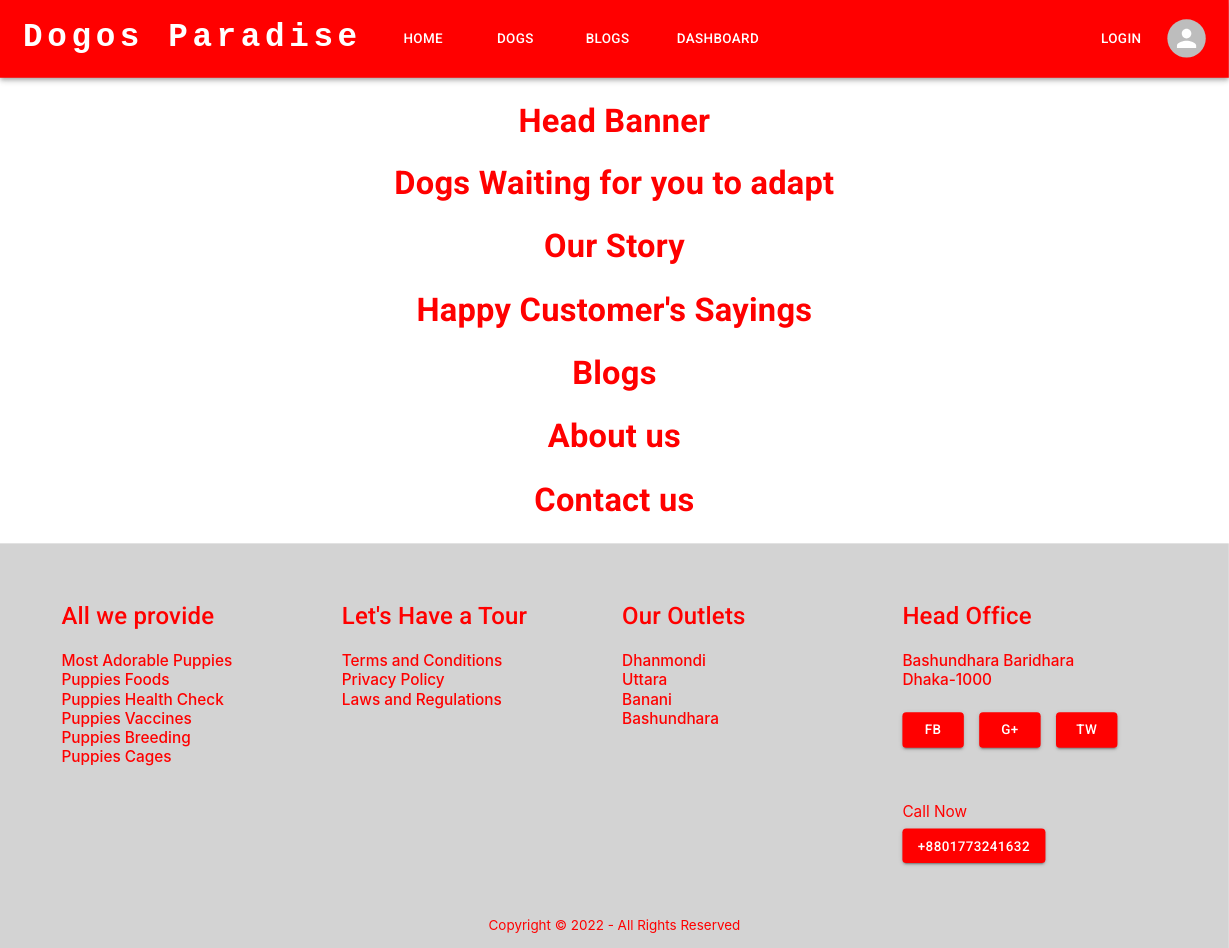
Repository: Sharif-00112/dogos-paradise-client
Page: /
The author's editor kept a copy of each file at every save. The page is drawn from the files as they stood at one save, then again after the next save.
The browser window is 1280 px wide. The pictures show the whole page, at 96% of full size.
The page's requests for data from a server got no answer. The project was rebuilt for these pictures with package versions that can differ from the ones it lists, and the page was loaded fresh each time. Some packages were replaced by stand-ins written for this rebuild. No one was signed in, and anything a server would have sent is missing. Also part of the build but not shown: src/Pages/Login/Login/Login.js, src/Pages/Login/Register/Register.js, src/Pages/NotFound/NotFound.js.

Above is the page before, as saved 2022-12-01 22:57:52.

### public/index.html
<!DOCTYPE html>
<html lang="en">
  <head>
    <meta charset="utf-8" />
    <link rel="icon" href="%PUBLIC_URL%/favicon.ico" />
    <meta name="viewport" content="width=device-width, initial-scale=1" />
    <meta name="theme-color" content="#000000" />
    <meta
      name="description"
      content="Web site created using create-react-app"
    />
    <link
      rel="stylesheet" href="https://fonts.googleapis.com/css?family=Roboto:300,400,500,700&display=swap"
    />

    <link rel="apple-touch-icon" href="%PUBLIC_URL%/logo192.png" />
    <!--
      manifest.json provides metadata used when your web app is installed on a
      user's mobile device or desktop. See https://developers.google.com/web/fundamentals/web-app-manifest/
    -->
    <link rel="manifest" href="%PUBLIC_URL%/manifest.json" />
    <!--
      Notice the use of %PUBLIC_URL% in the tags above.
      It will be replaced with the URL of the `public` folder during the build.
      Only files inside the `public` folder can be referenced from the HTML.

      Unlike "/favicon.ico" or "favicon.ico", "%PUBLIC_URL%/favicon.ico" will
      work correctly both with client-side routing and a non-root public URL.
      Learn how to configure a non-root public URL by running `npm run build`.
    -->
    <title>React App</title>
  </head>
  <body>
    <noscript>You need to enable JavaScript to run this app.</noscript>
    <div id="root"></div>
    <!--
      This HTML file is a template.
      If you open it directly in the browser, you will see an empty page.

      You can add webfonts, meta tags, or analytics to this file.
      The build step will place the bundled scripts into the <body> tag.

      To begin the development, run `npm start` or `yarn start`.
      To create a production bundle, use `npm run build` or `yarn build`.
    -->
  </body>
</html>

### src/App.js
import React  from 'react';
import './App.css';
import { BrowserRouter as Router, Route, Routes} from 'react-router-dom';
import Home from './Pages/Home/Home/Home';
import Login from './Pages/Login/Login/Login';
import Register from './Pages/Login/Register/Register';
import AuthProvider from './contexts/AuthProvider/AuthProvider';
// import PrivateRoute from './Pages/Login/PrivateRoute/PrivateRoute';
import NotFound from './Pages/NotFound/NotFound';
import Contact from './Pages/Home/Contact/Contact';
import Story from './Pages/Home/Story/Story';
import CustomerReviews from './Pages/Home/CustomerReviews/CustomerReviews';
import Blogs from './Pages/Home/Blogs/Blogs';
import About from './Pages/Home/About/About';
import Dogs from './Pages/Home/Dogs/Dogs';
// import Footer from './Pages/Shared/Footer/Footer';
// import Dashboard from './Pages/Dashboard/Dashboard/Dashboard';

function App() {
  return (
    <div className="App">
      <AuthProvider>
        <Router>
          <Routes>
            <Route exact path = '/' element={<Home/>}/>
            <Route exact path = '/home' element={<Home/>}/>
            <Route exact path = '/login' element={<Login/>}/>
            <Route exact path = '/register' element={<Register/>}/>
            <Route exact path = '/contact' element={<Contact/>}/>
            <Route exact path = '/dogs' element={<Dogs/>}/>
            <Route exact path = '/story' element={<Story/>}/>
            <Route exact path = '/reviews' element={<CustomerReviews/>}/>
            <Route exact path = '/blogs' element={<Blogs/>}/>
            <Route exact path = '/about' element={<About/>}/>
            {/* <Route exact path = '/appointment' element = {
              <PrivateRoute>
                <Appointment></Appointment>
              </PrivateRoute>
            }> </Route> */}
            {/* <Route path = 'dashboard/*' element = {
              <PrivateRoute>
                <Dashboard></Dashboard>
              </PrivateRoute>
            }> </Route> */}
            <Route path = '*' element={<NotFound/>}/>
          </Routes>
          {/* <Footer></Footer> */}
        </Router>
      </AuthProvider>
    </div>
  );
}

export default App;

### src/Pages/Home/Home/Home.js
import React from 'react';
import Footer from '../../Shared/Footer/Footer';
import Navigation from '../../Shared/Navigation/Navigation';
import About from '../About/About';
import Banner from '../Banner/Banner';
import Blogs from '../Blogs/Blogs';
import Contact from '../Contact/Contact';
import CustomerReviews from '../CustomerReviews/CustomerReviews';
import Dogs from '../Dogs/Dogs';
import Story from '../Story/Story';

const Home = () => {
    return (
        <div>
            <Navigation></Navigation>
            <Banner></Banner>
            <Dogs></Dogs>
            <Story></Story>
            <CustomerReviews></CustomerReviews>
            <Blogs></Blogs>
            <About></About>
            <Contact></Contact>
            <Footer></Footer>
        </div>
    );
};

export default Home;

### src/contexts/AuthProvider/AuthProvider.js
import React from 'react';
import { createContext } from 'react';
import useFirebase from '../../hooks/useFirebase';

//step-1-context
export const AuthContext = createContext();

const AuthProvider = (props) => {
    //step-3-context
    const {children} = props;

    //step-5-context
    const allContexts = useFirebase();

    return (
        //step-2-context
        <AuthContext.Provider value={allContexts}>
            {children}
        </AuthContext.Provider>
    );
};

export default AuthProvider;

### src/Pages/Home/Contact/Contact.js
import React from 'react';
import { Typography } from '@mui/material';

const Contact = () => {
    return (
        <div>
            <Typography sx={{ m: 3, color: 'red', fontWeight: 600 }} variant="h4" component="div">
                Contact us
            </Typography>
        </div>
    );
};

export default Contact;

### src/Pages/Home/Story/Story.js
import React from 'react';
import { Typography } from '@mui/material';


const Story = () => {
    return (
        <div>
            <Typography sx={{ m: 3, color: 'red', fontWeight: 600 }} variant="h4" component="div">
                Our Story
            </Typography>
        </div>
    );
};

export default Story;

### src/Pages/Home/CustomerReviews/CustomerReviews.js
import React from 'react';
import { Typography } from '@mui/material';


const CustomerReviews = () => {
    return (
        <div>
            <Typography sx={{ m: 3, color: 'red', fontWeight: 600 }} variant="h4" component="div">
                Happy Customer's Sayings
            </Typography>
        </div>
    );
};

export default CustomerReviews;

### src/Pages/Home/Blogs/Blogs.js
import React from 'react';
import { Typography } from '@mui/material';


const Blogs = () => {
    return (
        <div>
            <Typography sx={{ m: 3, color: 'red', fontWeight: 600 }} variant="h4" component="div">
                Blogs
            </Typography>
        </div>
    );
};

export default Blogs;

### src/Pages/Home/About/About.js
import React from 'react';
import { Typography } from '@mui/material';

const About = () => {
    return (
        <div>
            <Typography sx={{ m: 3, color: 'red', fontWeight: 600 }} variant="h4" component="div">
                About us
            </Typography>
        </div>
    );
};

export default About;

### src/Pages/Home/Dogs/Dogs.js
import React from 'react';
import { Typography } from '@mui/material';

const Dogs = () => {
    return (
        <div>
            <Typography sx={{ m: 3, color: 'red', fontWeight: 600 }} variant="h4" component="div">
                Dogs Waiting for you to adapt
            </Typography>
        </div>
    );
};

export default Dogs;

### src/Pages/Shared/Navigation/Navigation.js
import React from 'react';
import AppBar from '@mui/material/AppBar';
import Box from '@mui/material/Box';
import Toolbar from '@mui/material/Toolbar';
import IconButton from '@mui/material/IconButton';
import Typography from '@mui/material/Typography';
import Menu from '@mui/material/Menu';
import MenuIcon from '@mui/icons-material/Menu';
import Container from '@mui/material/Container';
import Avatar from '@mui/material/Avatar';
import Button from '@mui/material/Button';
import Tooltip from '@mui/material/Tooltip';
import MenuItem from '@mui/material/MenuItem';
import { Link, NavLink } from 'react-router-dom';
import useAuth from '../../../hooks/useAuth';

const pages = [
    <Link
        style={{ textDecoration:'none', color:'white' }}
        to = '/home'>
        <Button sx={{mx:1}} color="inherit">Home</Button>
    </Link>,
    <Link
        style={{ textDecoration:'none', color:'white' }}
        to = '/dogs'>
        <Button sx={{mx:1}} color="inherit">Dogs</Button>
    </Link>,
    <Link
        style={{ textDecoration:'none', color:'white' }}
        to = '/blogs'>
        <Button sx={{mx:1}} color="inherit">Blogs</Button>
    </Link>,
    // <Link
    //     style={{ textDecoration:'none', color:'white' }}
    //     to = '/about'>
    //     <Button sx={{mx:1}} color="inherit">About</Button>
    // </Link>,
    // <Link
    //     style={{ textDecoration:'none', color:'white' }}
    //     to = '/contact'>
    //     <Button sx={{mx:1}} color="inherit">Contact</Button>
    // </Link>,
    <Link
        style={{ textDecoration:'none', color:'white' }}
        to = '/dashboard'>
        <Button sx={{mx:1}} color="inherit">Dashboard</Button>
    </Link>,
];
const settings = [
    <Link
        // style={{ textDecoration:'none', color:'white' }}
        style={{ textDecoration:'none' }}
        to = '/login'>
        {/* <Button color="inherit">Appointment</Button> */}
        Profile
    </Link>,
    <Link
        // style={{ textDecoration:'none', color:'white' }}
        style={{ textDecoration:'none' }}
        to = '/dashboard'>
        {/* <Button color="inherit">Appointment</Button> */}
        Dashboard
    </Link>
];

const Navigation = () => {
    const { user, logout } = useAuth();

    const [anchorElNav, setAnchorElNav] = React.useState(null);
    const [anchorElUser, setAnchorElUser] = React.useState(null);

    const handleOpenNavMenu = (event) => {
      setAnchorElNav(event.currentTarget);
    };
    const handleOpenUserMenu = (event) => {
      setAnchorElUser(event.currentTarget);
    };

    const handleCloseNavMenu = () => {
      setAnchorElNav(null);
    };

    const handleCloseUserMenu = () => {
      setAnchorElUser(null);
    };

    return (
        <div>
            <AppBar style={{backgroundColor: 'red'}} position="static">
                <Container maxWidth="xl">
                    <Toolbar disableGutters>
                    {/* <AdbIcon sx={{ display: { xs: 'none', md: 'flex' }, mr: 1 }} /> */}
                    <Typography
                        variant="h4"
                        noWrap
                        component="a"
                        href="/"
                        sx={{
                        mr: 2,
                        display: { xs: 'none', md: 'flex' },
                        fontFamily: 'monospace',
                        fontWeight: 700,
                        letterSpacing: '.3rem',
                        color: 'inherit',
                        textDecoration: 'none',
                        }}
                    >
                        Dogos Paradise
                    </Typography>

                    <Box sx={{ flexGrow: 1, display: { xs: 'flex', md: 'none' } }}>
                        <IconButton
                        size="large"
                        aria-label="account of current user"
                        aria-controls="menu-appbar"
                        aria-haspopup="true"
                        onClick={handleOpenNavMenu}
                        color="inherit"
                        >
                        <MenuIcon />
                        </IconButton>
                        <Menu
                        id="menu-appbar"
                        anchorEl={anchorElNav}
                        anchorOrigin={{
                            vertical: 'bottom',
                            horizontal: 'left',
                        }}
                        keepMounted
                        transformOrigin={{
                            vertical: 'top',
                            horizontal: 'left',
                        }}
                        open={Boolean(anchorElNav)}
                        onClose={handleCloseNavMenu}
                        sx={{
                            display: { xs: 'block', md: 'none' }
                        }}
                        >
                        {pages.map((page) => (
                            <MenuItem style={{backgroundColor: 'gray'}} key={page} onClick={handleCloseNavMenu}>
                            <Typography textAlign="center">{page}</Typography>
                            </MenuItem>
                        ))}
                        </Menu>
                    </Box>
                    {/* <AdbIcon sx={{ display: { xs: 'flex', md: 'none' }, mr: 1 }} /> */}
                    <Typography
                        variant="h4"
                        noWrap
                        component="a"s
                        href="/"
                        sx={{
                        mr: 2,
                        display: { xs: 'flex', md: 'none' },
                        flexGrow: 1,
                        fontFamily: 'monospace',
                        fontWeight: 700,
                        letterSpacing: '.3rem',
                        color: 'inherit',
                        textDecoration: 'none',
                        }}
                    >
                        Dogos Paradise
                    </Typography>
                    <Box sx={{ flexGrow: 1, display: { xs: 'none', md: 'flex', color:'gray' } }}>
                        {pages.map((page) => (
                        <Button
                            key={page}
                            onClick={handleCloseNavMenu}
                            sx={{ my: 2, color: 'white', display: 'block' }}
                        >
                            {page}
                        </Button>
                        ))}
                    </Box>

                    {
                        user?.email ?
                        <NavLink
                            style={{ textDecoration:'none', color:'white' }}
                            to = '/login'>
                            <Button sx={{ mx:2 }} onClick={logout} color="inherit">Logout</Button>
                        </NavLink>
                        :
                        <NavLink
                            style={{ textDecoration:'none', color:'white' }}
                            to = '/login'>
                            <Button sx={{ mx:2 }} color="inherit">Login</Button>
                        </NavLink>
                    }

                    <Box sx={{ flexGrow: 0 }}>
                        <Tooltip title={user.email}>
                        <IconButton onClick={handleOpenUserMenu} sx={{ p: 0 }}>
                            <Avatar alt={user.email} src={user.photoURL} />
                        </IconButton>
                        </Tooltip>
                        <Menu
                        sx={{ mt: '45px' }}
                        id="menu-appbar"
                        anchorEl={anchorElUser}
                        anchorOrigin={{
                            vertical: 'top',
                            horizontal: 'right',
                        }}
                        keepMounted
                        transformOrigin={{
                            vertical: 'top',
                            horizontal: 'right',
                        }}
                        open={Boolean(anchorElUser)}
                        onClose={handleCloseUserMenu}
                        >
                        {settings.map((setting) => (
                            <MenuItem key={setting} onClick={handleCloseUserMenu}>
                            <Typography textAlign="center">{setting}</Typography>
                            </MenuItem>
                        ))}
                        </Menu>
                    </Box>
                    </Toolbar>
                </Container>
            </AppBar>
        </div>
    );
};

export default Navigation;

### src/Pages/Home/Banner/Banner.js
import React from 'react';
import { Typography } from '@mui/material';

const Banner = () => {
    return (
        <div>
            <Typography sx={{ m: 3, color: 'red', fontWeight: 600 }} variant="h4" component="div">
                Head Banner
            </Typography>
        </div>
    );
};

export default Banner;

### src/hooks/useAuth.js
//step-6-context

import { useContext } from "react"
import { AuthContext } from "../../src/contexts/AuthProvider/AuthProvider"

const useAuth = () =>{
    return useContext(AuthContext);
}

export default useAuth;

### src/Pages/Login/Firebase/firebase.initialize.js
import { initializeApp } from "firebase/app";
import firebaseConfig from "./firebase.config";

const initializeAuthentication = () =>{
    initializeApp(firebaseConfig);
}

export default initializeAuthentication;

### src/Pages/Login/Firebase/firebase.config.js
// console.log(process.env);

const firebaseConfig = {
  apiKey: process.env.REACT_APP_FIREBASE_API_KEY,
  authDomain: process.env.REACT_APP_FIREBASE_AUTH_DOMAIN,
  projectId: process.env.REACT_APP_FIREBASE_PROJECT_ID,
  storageBucket: process.env.REACT_APP_FIREBASE_STORAGE_BUCKET,
  messagingSenderId: process.env.REACT_APP_FIREBASE_MESSAGING_SENDER_ID,
  appId: process.env.REACT_APP_FIREBASE_APP_ID,
  measurementId: process.env.REACT_APP_FIREBASE_MEASUREMENT_ID
};

export default firebaseConfig;

// .env.local
// REACT_APP_FIREBASE_API_KEY=AIzaSyCGaQ8G2l5KeOKX4bAJ7MC19oWW_2vnTNQ
// REACT_APP_FIREBASE_AUTH_DOMAIN=dogos-paradise.firebaseapp.com
// REACT_APP_FIREBASE_PROJECT_ID=dogos-paradise
// REACT_APP_FIREBASE_STORAGE_BUCKET=dogos-paradise.appspot.com
// REACT_APP_FIREBASE_MESSAGING_SENDER_ID=824394057307
// REACT_APP_FIREBASE_APP_ID=1:824394057307:web:727ac0c86627b9544a617e
// REACT_APP_FIREBASE_MEASUREMENT_ID=G-DL8JJ6MYSD

// const firebaseConfig = {
  // apiKey: "AIzaSyCGaQ8G2l5KeOKX4bAJ7MC19oWW_2vnTNQ",
  // authDomain: "dogos-paradise.firebaseapp.com",
  // projectId: "dogos-paradise",
  // storageBucket: "dogos-paradise.appspot.com",
  // messagingSenderId: "824394057307",
  // appId: "1:824394057307:web:727ac0c86627b9544a617e",
  // measurementId: "G-DL8JJ6MYSD"
// };

Loaded but not shown: src/index.js (common file); src/index.css (common file); src/reportWebVitals.js (common file); src/App.css (common file); src/hooks/useFirebase.js (273 lines, source omitted); src/Pages/Shared/Footer/Footer.js (150 lines, source omitted)

After the next save:
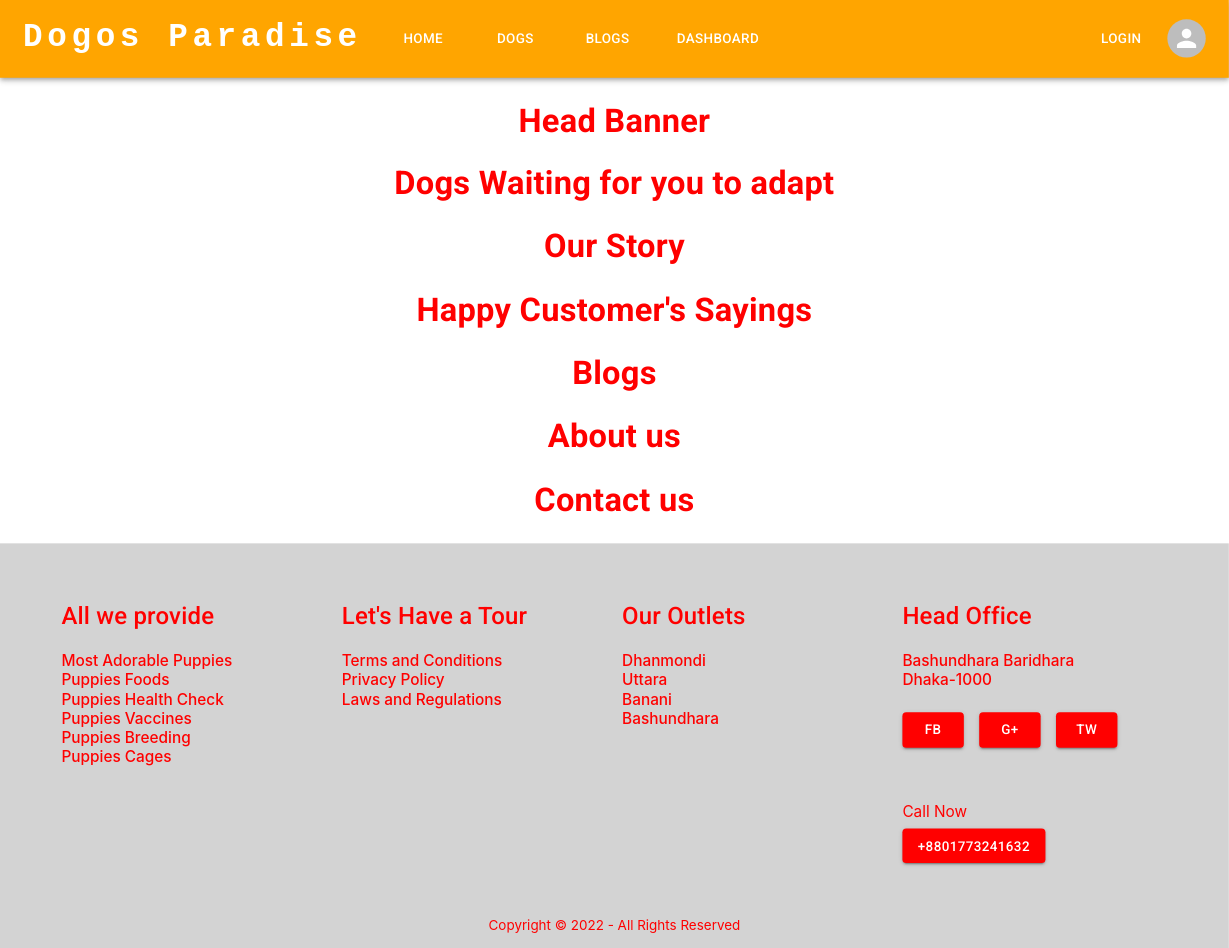
Saved 49 s later.
--- a/src/Pages/Shared/Navigation/Navigation.js
+++ b/src/Pages/Shared/Navigation/Navigation.js
@@ -86,7 +86,7 @@ const Navigation = () => {
 
     return (
         <div>
-            <AppBar style={{backgroundColor: 'red'}} position="static">
+            <AppBar style={{backgroundColor: 'orange'}} position="static">
                 <Container maxWidth="xl">
                     <Toolbar disableGutters>
                     {/* <AdbIcon sx={{ display: { xs: 'none', md: 'flex' }, mr: 1 }} /> */}
